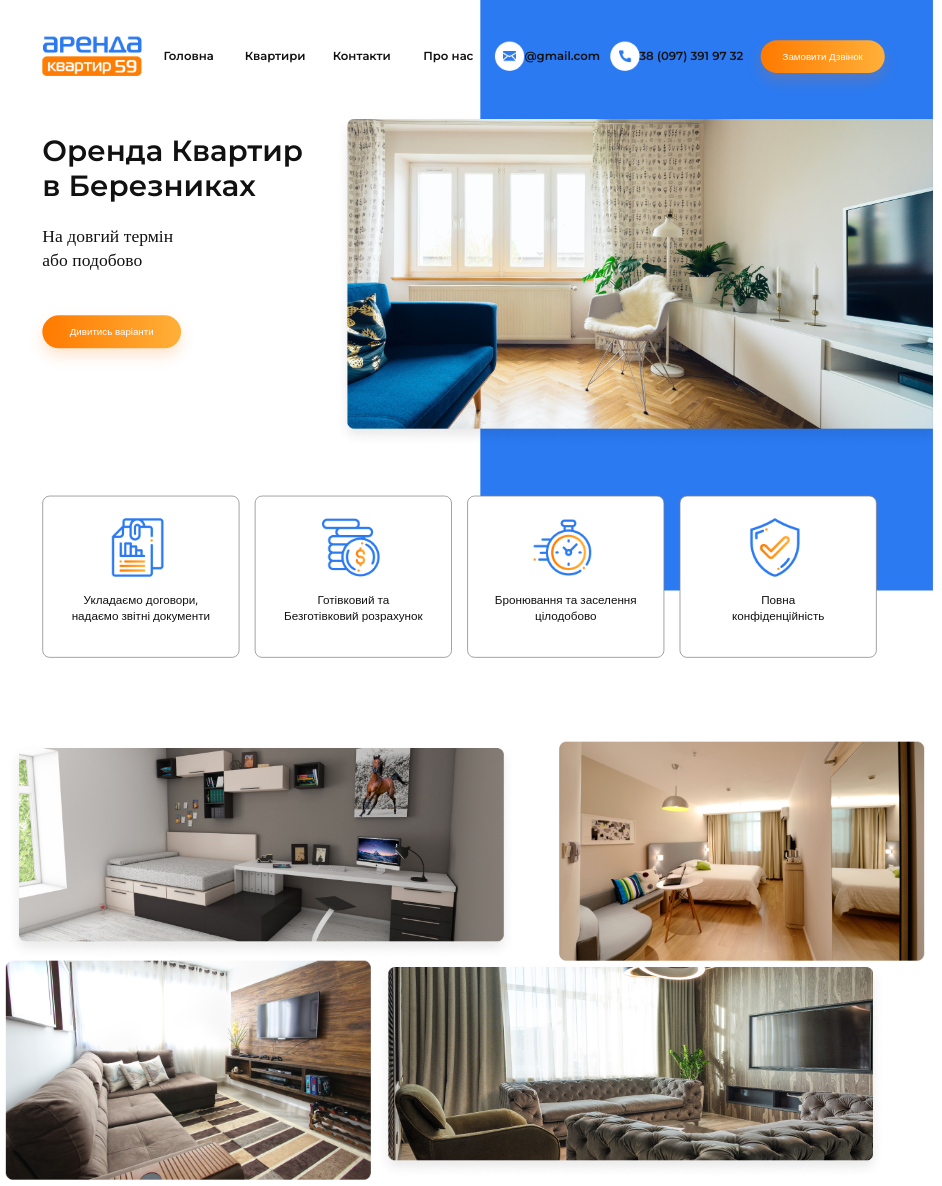
Repository: batonAnton/HW-7-grid
Page: index.html
An editor plug-in stored every save of this project. The page is shown before and after the next save, followed by the edit.
The browser window is 1280 px wide. The page is 1280 px wide, then 1291 px, so the pictures cover 1291 px, including what lies to the right of the window. The pictures show the whole page, at 73% of full size.

Above is the page before, as saved 2022-06-25 19:31:16.

### index.html
<!DOCTYPE html>
<html lang="en">
<head>
    <meta charset="UTF-8">
    <meta http-equiv="X-UA-Compatible" content="IE=edge">
    <meta name="viewport" content="width=device-width, initial-scale=1.0">
    <link rel="preconnect" href="https://fonts.googleapis.com">
    <link rel="preconnect" href="https://fonts.gstatic.com" crossorigin>
    <link href="https://fonts.googleapis.com/css2?family=Montserrat:wght@600&display=swap" rel="stylesheet">
    <link rel="preconnect" href="https://fonts.googleapis.com">
    <link rel="preconnect" href="https://fonts.gstatic.com" crossorigin>
    <link href="https://fonts.googleapis.com/css2?family=Open+Sans&display=swap" rel="stylesheet">
    <link rel="stylesheet" href="./css/styles2.css">
    <title>Grid</title>
</head>

        <div  class="wrapper allstyles">
            <header>
                <img src="./images/logo.png" alt="logo">
                <a href="" class="menu">Головна</a>
                <a href="" class="menu">Квартири</a>
                <a href="" class="menu">Контакти</a>
                <a href="" class="menu">Про нас</a>

                <div class="item mail">
                    <img src="./images/email.png" alt="email">
                    <p>@gmail.com</p>
                </div>
                <div class="item phone">
                    <img src="./images/phone.png" alt="phone">
                    <p>38 (097) 391 97 32</p>
                </div>
                <div class="item btn">
                        <button>Замовити Дзвінок </button>
                </div>
            </header>
            </div>





            <div class=" wrapper2  allstyles">
                <div class="info">
                    <h1>Оренда Квартир <br> в Березниках</h1>
                    <p>На довгий термін <br> або подобово</p>
                    <button class="btn">Дивитись варіанти</button>
                </div>
                <div class="blueblock"></div>

                <div class="banner">

                </div>
            </div>
        </div>


    <div class="wrapper3 allstyles">
         <div class=" block block1">
             <img src="./images/header 1.1.png" alt="img">
             <p>
                Укладаємо договори, <br> надаємо звітні документи
             </p>
         </div>
         <div class="block block2">
            <img src="./images/header 1.2.png" alt="img">
            <p>
                Готівковий та <br>
                Безготівковий розрахунок
            </p>
         </div>
         <div class="block block3">
            <img src="./images/header 1.3.png" alt="img">
            <p>
                Бронювання та заселення <br> цілодобово
            </p>

         </div>
         <div class="block block4">
            <img src="./images/header 1.4.png" alt="img">
            <p>
                Повна <br> конфіденційність
            </p>
         </div>
    </div>

    <div class="wrapper4">
        <!-- <h1>Наші квартири</h1> -->
        <img class="img1-1" src="./images/wrapper4/Background 1.1.png" alt="">
        <img class="img1-2" src="./images/wrapper4/Background 1.2.png" alt="">
        <img class="img2-1" src="./images/wrapper4/Background 2.1.png" alt="">
        <img class="img2-2" src="./images/wrapper4/Background 2.2.png" alt="">
    </div>









</body>
</html>

### css/styles2.css
* {
  box-sizing: border-box;
}

.allstyles {
  margin: 50px 50px;
}

header {
  display: grid;
  gap: 10px;
  grid-template-columns: repeat(8, 1fr);
  grid-template-rows: 1fr;
  z-index: 1;
}

.wrapper {
  display: flex;
  justify-content: space-between;
}

.menu {
  font-family: "Montserrat", sans-serif;
  font-style: normal;
  font-weight: 600;
  font-size: 16px;
  line-height: 20px;
  text-decoration: none;
  color: #111111;
  transition: all 1s;
}

.menu:hover {
  text-decoration: underline;
}

.phone,
.mail {
  font-family: "Montserrat", sans-serif;
  font-style: normal;
  font-weight: 600;
  font-size: 16px;
  line-height: 20px;
  text-decoration: none;
  color: #111111;
  transition: all 1s;
}

.menu,
.phone,
.mail,
.btn {
  justify-content: center;
  align-items: center;
  display: flex;
}

.phone,
.btn {
  width: 190px;
}

.btn button {
  padding: 15px 30px;
  color: #fff;
  background: linear-gradient(89.77deg, #ff7a00 0.2%, #ffb039 99.82%);
  box-shadow: 0px 10px 20px rgba(255, 122, 0, 0.2);
  border-radius: 25px;
  border: none;
}

.wrapper2 {
  display: grid;
  grid-template-columns: repeat(5, 1fr);
  grid-template-rows: repeat(5, 1fr);
  z-index: 0;
}

.wrapper2 .info {
  grid-column: 1/3;
  grid-row: 1/6;
}

.info h1 {
  font-family: "Montserrat";
  font-style: normal;
  font-weight: 800;
  font-size: 40px;
  line-height: 49px;
  display: flex;
  align-items: center;
  color: #111111;
}

.info p {
  font-family: "Open Sans";
  font-style: normal;
  font-weight: 400;
  font-size: 24px;
  line-height: 33px;
  color: #111111;
}
.wrapper2 .banner {
  grid-column: 3/6;
  grid-row: 1/6;
  background-image: url(../images/bigBanner.png);
  background-repeat: no-repeat;
  background-size: contain;
  /* height: 420px; */
  margin-right: -56px;
}

.wrapper2 .btn {
  margin-top: 60px;
  padding: 15px 30px;
  color: #fff;
  background: linear-gradient(89.77deg, #ff7a00 0.2%, #ffb039 99.82%);
  box-shadow: 0px 10px 20px rgba(255, 122, 0, 0.2);
  border-radius: 25px;
  border: none;
}



.blueblock {
  grid-column: 4/6;
  grid-row: 1/6;
  background: #2b7af1;
  border-radius: 0px 0px 0px 10px;
  margin-top: -155px;
  margin-right: -56px;

  width: 620px;
  height: 810px;
}

.wrapper3 {
  display: grid;
  grid-template-columns: repeat(4, 1fr);
  margin-top: -180px;
  z-index: 1;
}

.wrapper3 p {
  font-family: "Open Sans", sans-serif;
  font-style: normal;
  font-weight: 400;
  font-size: 16px;
  line-height: 22px;
  text-align: center;
  color: #111111;
}

.block {
  width: 270px;
  /* height: 170px; */
  padding: 30px 20px;
  background: #ffffff;
  border-radius: 10px;
  border: 1px solid gray;
}

.block img {
  width: 80px;
  height: 80px;
  margin-left: 70px;
}

.block1,
.block2,
.block3,
.block4 {
  /* display: flex; */
  justify-content: space-around;
}

.block1 {
  grid-column: 1/2;
}

.block2 {
  grid-column: 2/3;
}

.block3 {
  grid-column: 3/4;
}

.block4 {
  grid-column: 4/5;
}

.wrapper4 {
  display: grid;
  grid-template-columns: repeat(5, 1fr);
  grid-template-rows: repeat(4, 1fr);
  margin-top: 115px;
}

.img1-1 {
  grid-column: 1/4;
  grid-row: 1/3;
  width: 700px;
  height: 300px;
}

.img1-2 {
  grid-column: 4/6;
  grid-row: 1/3;
  width: 500px;
  height: 300px;
}

.img2-1 {
  grid-column: 1/3;
  grid-row: 3/5;
  width:500px;
  height: 300px
}

.img2-2 {
  grid-column: 3/6;
  grid-row: 3/5;
  width: 700px;
  height: 300px;
}

After the next save:
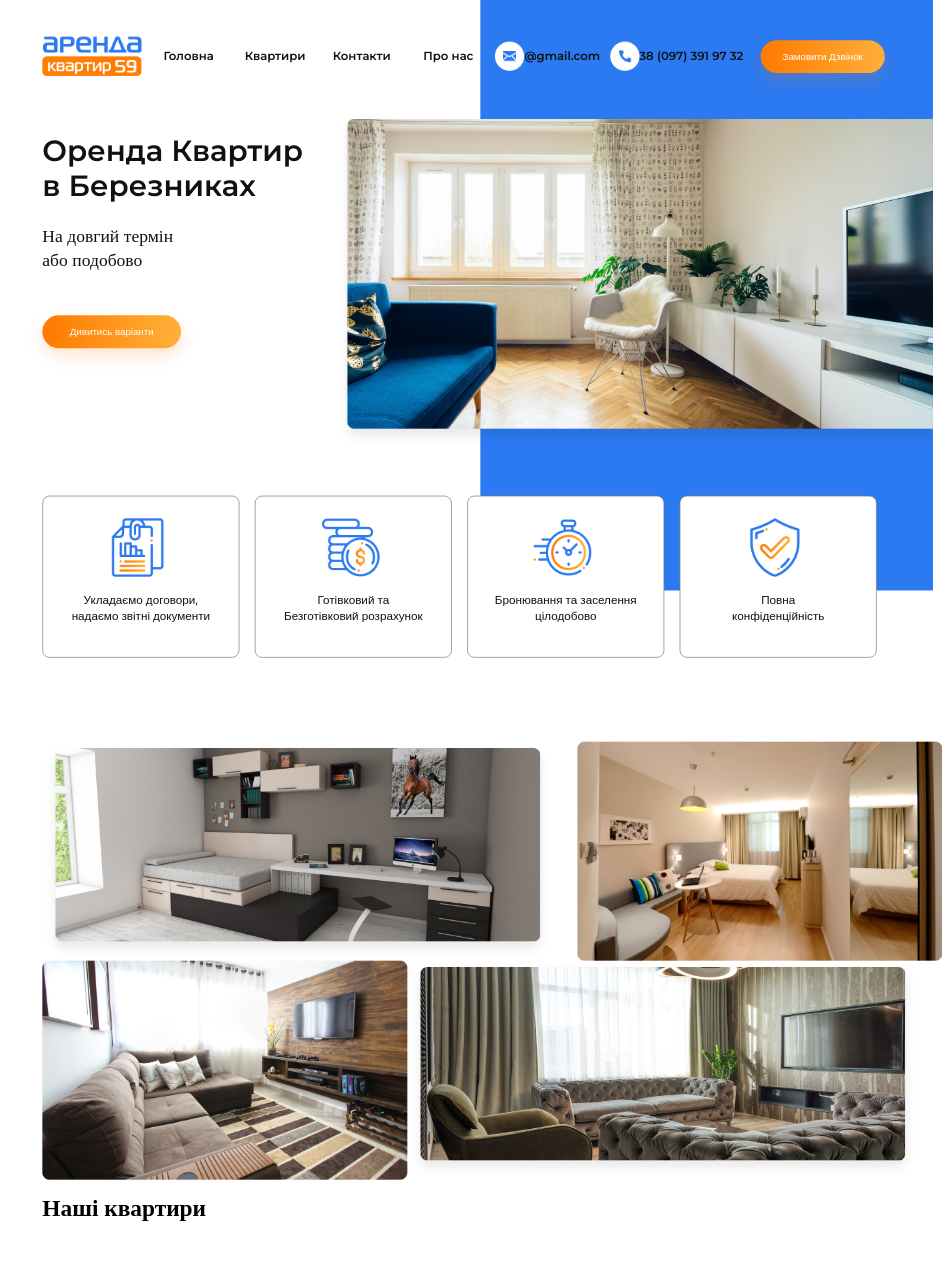
Saved 84 s later.
--- a/index.html
+++ b/index.html
@@ -84,8 +84,8 @@
          </div>
     </div>
 
-    <div class="wrapper4">
-        <!-- <h1>Наші квартири</h1> -->
+    <div class="wrapper4 allstyles">
+        <h1>Наші квартири</h1>
         <img class="img1-1" src="./images/wrapper4/Background 1.1.png" alt="">
         <img class="img1-2" src="./images/wrapper4/Background 1.2.png" alt="">
         <img class="img2-1" src="./images/wrapper4/Background 2.1.png" alt="">
